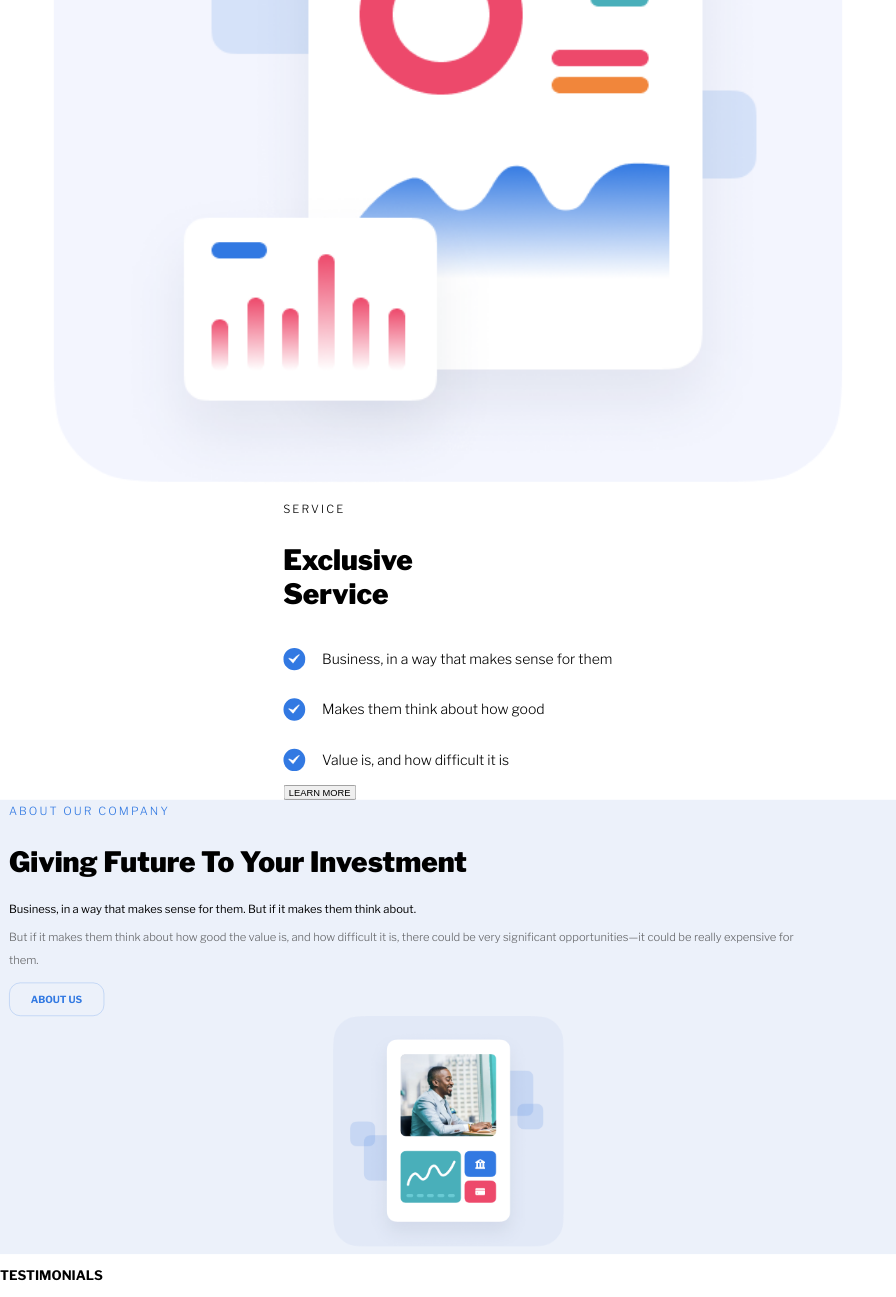
Repository: adryelfelipe/frontend-prova
Page: prova-figma/Prova/index.html
These files come from the project's save history. The page is drawn as it stood at one moment and after a run of saves; the edit follows.
The browser window is 1280 px wide. The pictures show the part of the page from y = 2082 to 4002 px (the page is 3935 px tall before and 4002 px after), at 70% of full size.

Above is the page before, as saved 2026-06-22 19:25:36.

### prova-figma/Prova/index.html
<!DOCTYPE html>
<html lang="en">
<head>
    <meta charset="UTF-8">
    <meta name="viewport" content="width=device-width, initial-scale=1.0">
    <link rel="stylesheet" href="style/variaveis.css">
    <link rel="stylesheet" href="./style/style.css">
    <title>Document</title>
</head>
<body>
    <header>
        <h2>MNY</h2>

        <nav>
            <p>About</p>
            <p>Features</p>
            <p>Services</p>
            <p>Pricing</p>
            <p>Blog</p>
        </nav>

        <button>CONTACT</button>

        <img src="./assets/icon/hamburguer.svg" alt="">
    </header>
    <main>
        <section class="hero">
            <article class="hero-first-article">
                <h3 class="subtitle-base hero-subtitle">MAKE MONEY</h3>
                <h1 class="title-base hero-title">Grow Your Money Like Never Before</h1>
                <p class="paragraph hero-paragraph">Business, in a way that makes sense for them. But if it makes them think about how good the value.</p>
                <button class="hero-button">GET STARTED</button>
            </article>
            <article class="hero-second-article">
                <!-- <img class src="assets/img/homem-terno.png" alt=""> -->
            </article>
        </section>

        <section class="service">
            <div class="service-container">
                <article class="service-card">
                    <div class="bg-icon-fly">
                        <img src="./assets/icon/icon1-fly-section2.svg" class="icon-fly" alt="">
                    </div>

                    <h3 class="subtitle-tertiary">Strong Security</h3>
                    <p class="paragraph">Way that makes sense for them. But if it makes them think about how good the value is, and how difficult it is.</p>
                </article>

                <article class="service-card">
                    <div class="bg-icon-backpack">
                        <img src="./assets/icon/icon2-backpack-section2.png" class="icon-backpack" alt="">
                    </div>

                    <h3 class="subtitle-tertiary">Creative Solutions</h3>
                    <p class="paragraph">But if it makes them think about how good the value is, and how difficult it is, there could be very significant.</p>
                </article>

                <article class="service-card">
                    <div class="bg-icon-rocket">
                        <img src="./assets/icon/icon3-rocket-section2.png" class="icon-rocket" alt="">
                    </div>

                    <h3 class="subtitle-tertiary">Free Online</h3>
                    <p class="paragraph">Good the value is, and how difficult it is, there could be very significant opportunities.</p>
                </article>
            </div>

            <div class="service-container-line">

            </div>

            <img src="./assets/img/infos-section2.png" class="service-img" alt="">

            <article class="service-final-article">
                <h3 class="subtitle-base">SERVICE</h3>
                <h2 class="subtitle-secondary">Exclusive Service</h2>

                <div class="service-subcard">
                    <div class="bg-icon-correct">
                        <img src="./assets/icon/correct-icon-section2.png" class="icon-correct" alt="">
                    </div>

                    <p class="paragraph-base">Business, in a way that makes sense for them</p>
                </div>

                <div class="service-subcard">
                    <div class="bg-icon-correct">
                        <img src="./assets/icon/correct-icon-section2.png" class="icon-correct" alt="">
                    </div>

                    <p class="paragraph-base">Makes them think about how good</p>
                </div>

                <div class="service-subcard">
                    <div class="bg-icon-correct">
                        <img src="./assets/icon/correct-icon-section2.png" class="icon-correct" alt="">
                    </div>

                    <p class="paragraph-base">Value is, and how difficult it is</p>
                </div>

                <button>LEARN MORE</button>
            </article>
        </section>
        <section class="our-company">
            <article class="company-first-article">
                <h3 class="subtitle-base company-subtitle">ABOUT OUR COMPANY</h3>
                <h2 class="subtitle-secondary">Giving Future To Your Investment</h2>
                <p class="company-paragraph">Business, in a way that makes sense for them. But if it makes them think about.</p>
                <p class="paragraph company-paragraph-second">But if it makes them think about how good the value is, and how difficult it is, there could be very significant opportunities—it could be really expensive for them.</p>
                <button class="company-button">ABOUT US</button>
            </article>
            <article class="company-second-article">
                <img src="assets/img/our-company.png" alt="">
            </article>
        </section>
        <section>
            <h3>TESTIMONIALS</h3>
            <h2></h2>
        </section>
    </main>
</body>
</html>

### prova-figma/Prova/style/variaveis.css
@import url('https://fonts.googleapis.com/css2?family=Libre+Franklin:ital,wght@0,100..900;1,100..900&display=swap');

:root {
    --primary-color: #FFFFFF;
    --header-icon-border-color: rgba(255, 255, 255, 0.3);
    --bg-color: rgba(50, 121, 226, 1);

    --subtitle: rgba(170, 196, 234, 1);

    --normal-line: rgba(213, 214, 225, 1);

    /*Icons Session 2*/
    --bg-icon-fly: rgba(230, 247, 248, 1);
    --bg-icon-backpack: rgba(252, 237, 240, 1);
    --bg-icon-rocket: rgba(253, 243, 230, 1);
    --bg-icon-correct: rgba(50, 121, 226, 1);

    --icon-fly-color: rgba(73, 175, 186, 1);
    --icon-backpack-color: rgba(237, 73, 107, 1);
    --icon-rocket-color: rgba(241, 134, 59, 1);
    --icon-correct-color: rgba(255, 255, 255, 1)
}

.title-base{
    font-family: 'Libre Franklin';
    font-weight: 900;
    font-size: 3.5rem;
    line-height: 64px;
    letter-spacing: -1px;
}

.subtitle-base{
    margin: 0;
    font-family: 'Libre Franklin';
    font-weight: 300;
    font-size: 1rem;
    line-height: 32px;
    letter-spacing: 3px;
    text-transform: uppercase;
}

.subtitle-secondary{
    font-family: 'Libre Franklin';
    font-weight: 900;
    font-size: 2.5rem;
    line-height: 48px;
    letter-spacing: 0px;
}

.subtitle-tertiary{
    font-family: Libre Franklin;
    font-weight: 900;
    font-size: 24px;
    line-height: 32px;
    letter-spacing: 0px;
}

.paragraph{
    font-family: 'Libre Franklin';
    font-weight: 300;
    font-size: 1rem;
    line-height: 32px;
    letter-spacing: 0px;
}

.paragraph-base{
    font-family: Libre Franklin;
    font-weight: 300;
    font-size: 20px;
    line-height: 32px;
    letter-spacing: 0px;
    width: 90%;
}

### prova-figma/Prova/style/style.css
body{
    font-family:"Libre Franklin";
    margin: 0px;
}

/* HEADER */
header{
    display: flex;
    justify-content: space-around;
    align-items: center;
    background-color: var(--bg-color);
}

header nav{
    display: none;
}

header button{
    display: none;
}

header img {
    border: solid 1px var(--header-icon-border-color);
    border-radius: 16px;
}

header h2 {
    color: var(--primary-color);
}


/* SECTION HERO */
.hero{
    background: linear-gradient(135deg, #3279E2 0%, #CACAEB 100%);
    margin-bottom: 80px;
}

.hero-first-article{
    width: 98%;                     /*OBSERVAÇÃO IMPORTANTE EM QUESTÃO          DO POSICIONAMENTO E FIDELIDADE AO FIGMA*/
    justify-self: center;           /*O POSICIONAMENTO FOI ALTERADO POIS, EMBORA A TIPOGRAFIA TENHA SIDO COPIADA EXTRITAMENTE SEMLHANTE AO FIGMA OS TAMANHOS E POSICIONAMENTOS DA TELA NA RESOLUÇÃO MÍNIMA INDICADA NÃO DARIAM CERTO*/
}

.hero-subtitle{
    color: var(--subtitle);
}

.hero-title{
    color: var(--primary-color);
}

.hero-paragraph{
    color: rgba(255, 255, 255, 0.5);
}

.hero-button{
    background-color: rgba(17, 17, 17, 1);
    color: var(--primary-color);
    padding: 16px 30px;
    font-family: Libre Franklin;
    font-weight: 700;
    font-size: 14px;
    line-height: 100%;
    letter-spacing: 0px;
    text-align: center;
    text-transform: uppercase;
    border: none;
    border-radius: 16px;
}

/* .hero-second-article{
    width: 405px;
    height: 80%;
}

.image{
    object-fit: cover;

} */

/* SECTION SERVICE */
.service {
    display: flex;
    flex-direction: column;
    align-items: center;
}

.service-container {
    display: flex;
    flex-direction: column;
    gap: 64px;
}

.service-container-line {
    height: 1px;
    background-color: var(--normal-line);
    width: 85vw;
    justify-self: center;
    margin-top: 80px;
    margin-bottom: 95px;
}

.service-img {
    justify-self: center;
    width: 88vw;
    height: 88vw;
}

.service-card {
    display: flex;
    flex-direction: column;
}

.service-card p {
    width: 306px;
}

.bg-icon-fly {
    display: flex;
    justify-content: center;
    align-items: center;
    border-radius: 100px;
    width: 6rem;
    height: 6rem;
    background-color: var(--bg-icon-fly)
}

.icon-fly {
    height: 2rem;
    width: 3rem;
}

.bg-icon-backpack {
    display: flex;
    justify-content: center;
    align-items: center;
    border-radius: 100px;
    width: 6rem;
    height: 6rem;
    background-color: var(--bg-icon-backpack)
}

.icon-backpack {
    height: 2,5rem;
    width: 3rem;
}

.bg-icon-rocket {
    display: flex;
    justify-content: center;
    align-items: center;
    border-radius: 100px;
    width: 6rem;
    height: 6rem;
    background-color: var(--bg-icon-rocket)
}

.icon-rocket {
    height: 3rem;
    width: 3rem;
}

.bg-icon-correct {
    display: flex;
    justify-content: center;
    align-items: center;
    border-radius: 100px;
    width: 2rem;
    height: 2rem;
    background-color: var(--bg-icon-correct)
}

.icon-correct {
    width: 1rem;
    height: 0,8rem;
    color: var(--icon-correct-color);
}

.service-subcard {
    display: flex;
    align-items: center;
    gap: 24px;
}

.service-final-article h2 {
    width: 195px;
    height: 95px;
}
/* SECTION OUR COMPANY */

.our-company{
    background-color: rgba(236, 241, 250, 1);
}

.company-subtitle{
    color: rgba(50, 121, 226, 1);
}

.company-paragraph{

}

.company-button{
    background-color: transparent;
    color: rgba(50, 121, 226, 1);
    padding: 16px 30px;
    font-family: Libre Franklin;
    font-weight: 700;
    font-size: 14px;
    line-height: 100%;
    letter-spacing: 0px;
    text-align: center;
    text-transform: uppercase;
    border: 1px solid rgba(50, 121, 226, 0.3);
    border-radius: 16px;
}

.company-paragraph-second{
    color: rgba(51, 51, 51, 0.75);
    width: 90%;
}

.company-first-article{
    width: 98%;
    justify-self: center;
}

.company-second-article{
    justify-self: center;
}

After the next 4 saves:
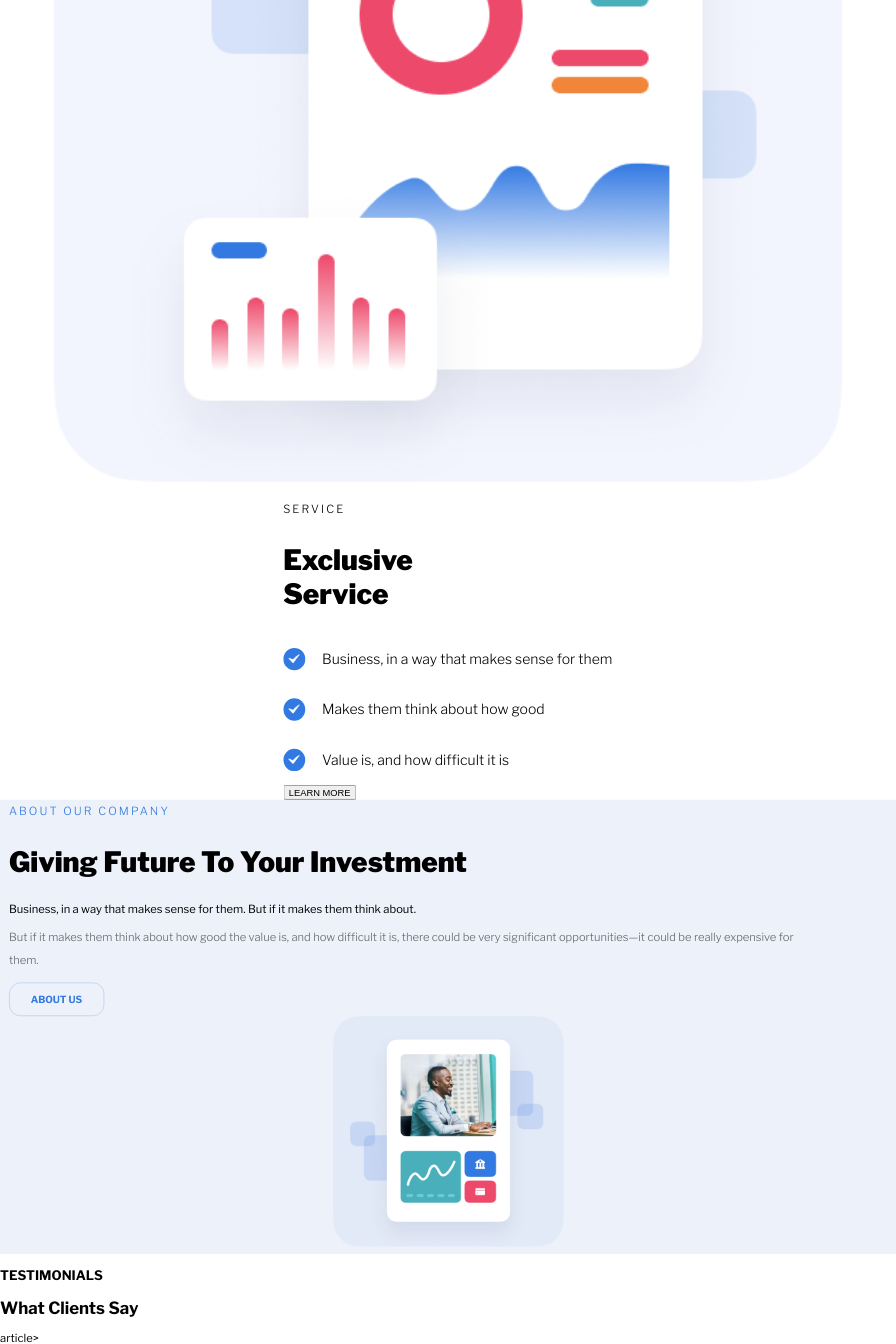
The 4 saves are shown as one change because they came seconds apart.
The last was saved 12 s later.
--- a/prova-figma/Prova/index.html
+++ b/prova-figma/Prova/index.html
@@ -117,7 +117,11 @@
         </section>
         <section>
             <h3>TESTIMONIALS</h3>
-            <h2></h2>
+            <h2>What Clients Say</h2>
+
+            <article>
+
+            </section>article>
         </section>
     </main>
 </body>
